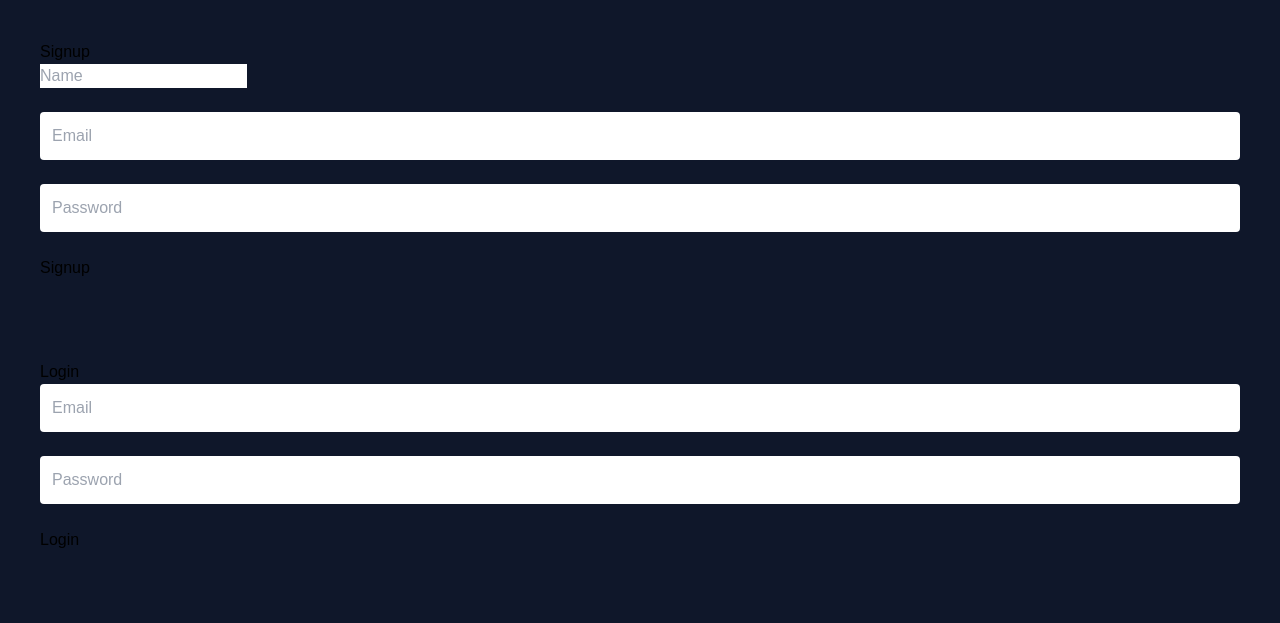
Repository: codelearnAayush/AI-Security-Monitoring-Platform
Page: / (app in frontend/)
An editor plug-in stored every save of this project. The page is shown before and after the next save, followed by the edit.
The browser window is 1280 px wide. The pictures show the whole page.
The project was rebuilt for these pictures with package versions that can differ from the ones it lists, and the page was loaded fresh each time. Also part of the build but not shown: frontend/vite.config.js, frontend/src/services/api.js, frontend/src/components/ThreatCard.jsx, frontend/src/components/UrlScanner.jsx, frontend/src/components/Dashboard.jsx.

Above is the page before, as saved 2026-05-28 14:51:59.

After the next save:
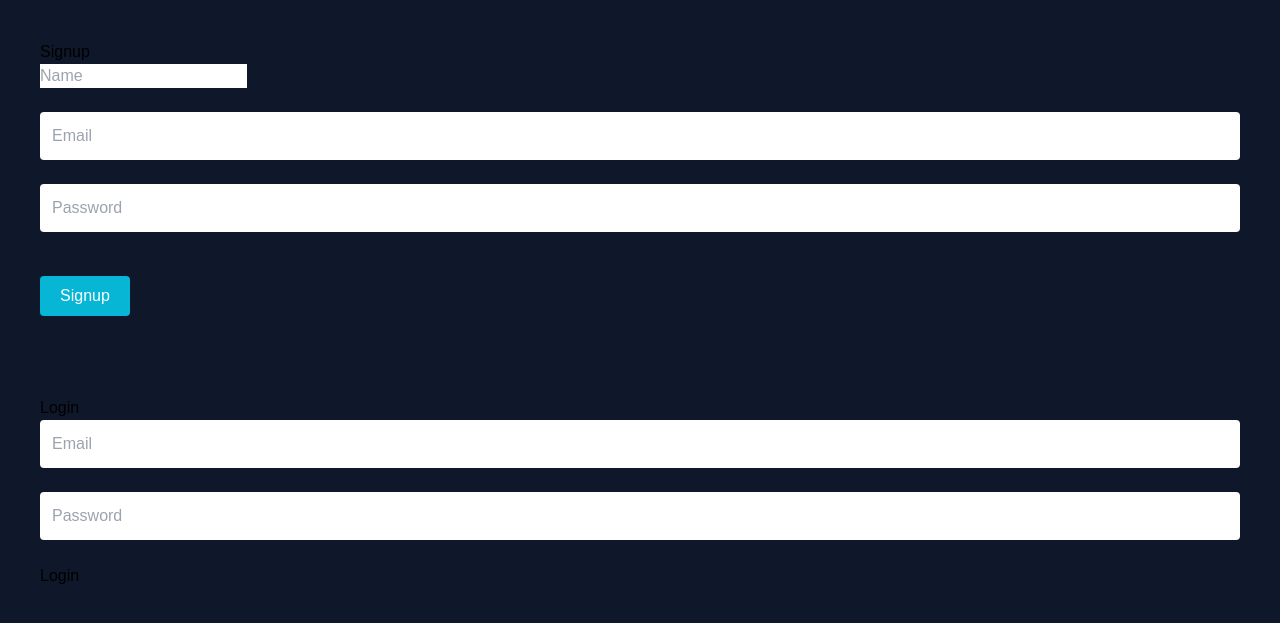
Saved 2 min 33 s later.
--- a/frontend/src/pages/Signup.jsx
+++ b/frontend/src/pages/Signup.jsx
@@ -58,9 +58,12 @@ const handleSignup = async () => {
 
             <br /><br />
 
-            <button onClick={handleSignup}>
-                Signup
-            </button>
+            <button
+    onClick={handleSignup}
+    className="bg-cyan-500 text-white px-5 py-2 rounded mt-5"
+>
+    Signup
+</button>
 
         </div>
     )
